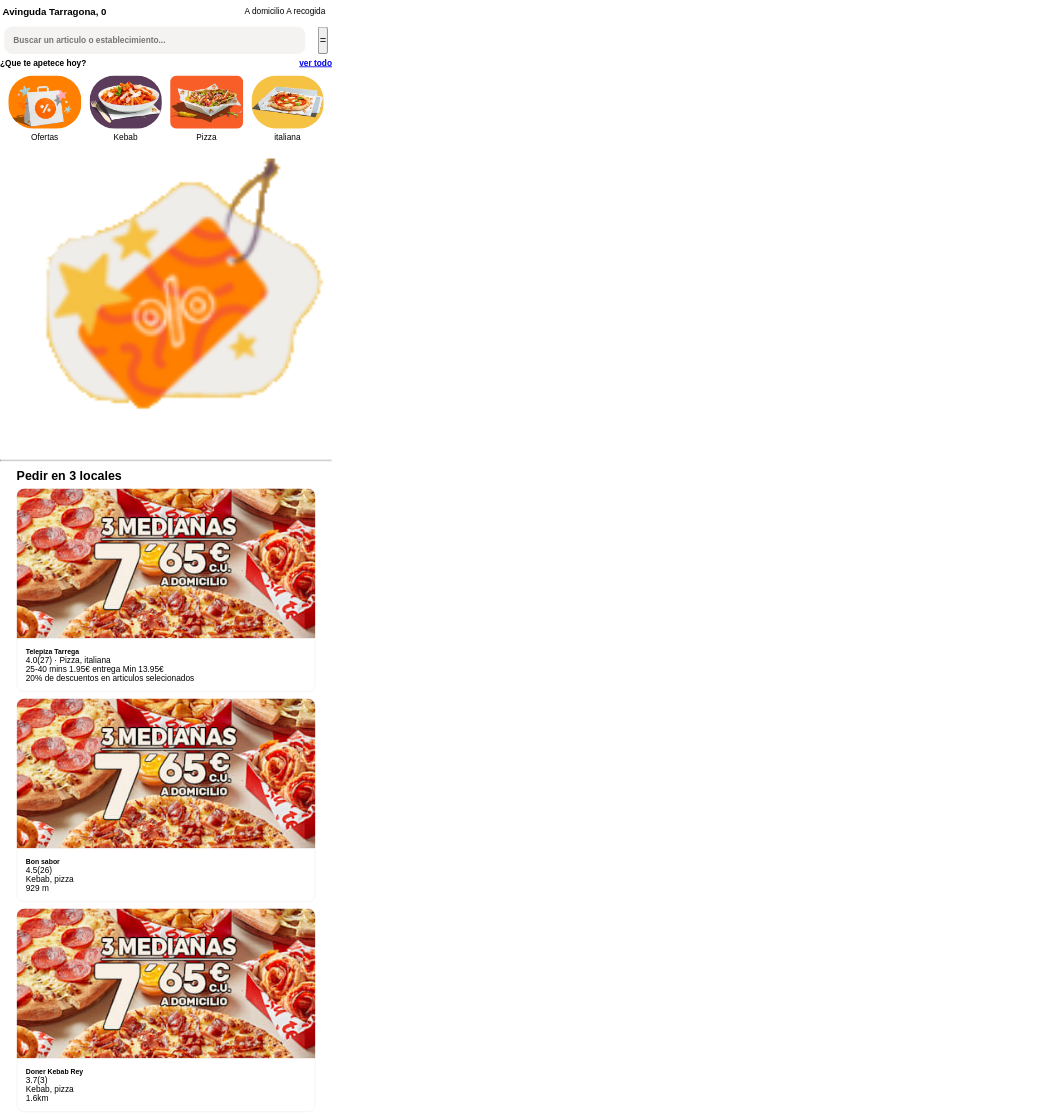
Repository: Srpinedaa/justEat
Page: index.html
An editor plug-in stored every save of this project. The page is shown before and after the next save, followed by the edit.
The browser window is 1280 px wide. The pictures show the whole page, at 83% of full size.

Above is the page before, as saved 2024-10-03 15:12:09.

After the next save:
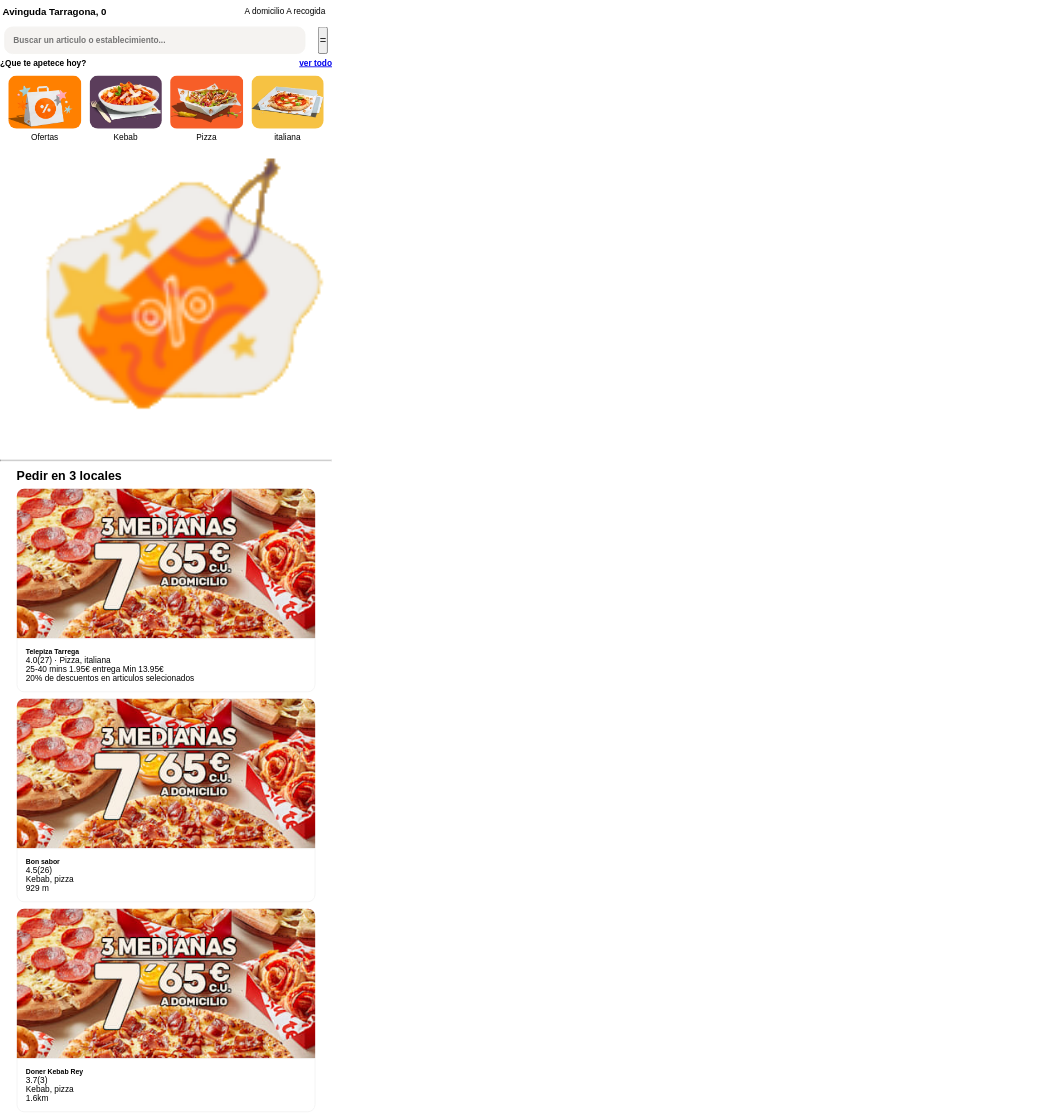
Saved 4 s later.
--- a/css/estilos.css
+++ b/css/estilos.css
@@ -114,7 +114,7 @@
 .kebab img,
 .kabab2 img,
 .pizza img{
-    border-radius: 3rem;
+    border-radius: 1rem;
 
 }
 
